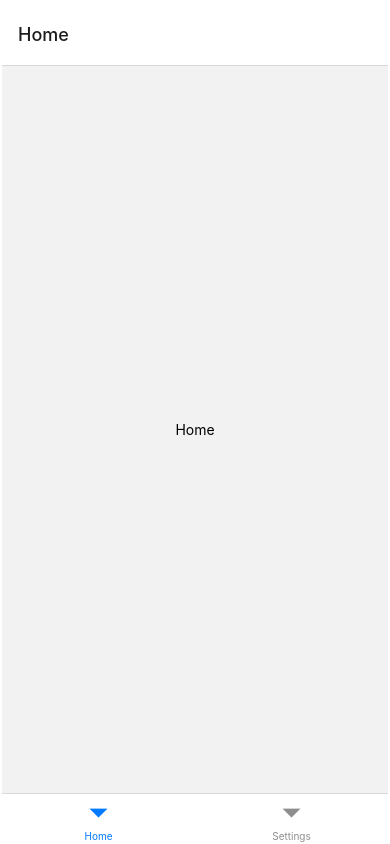
Repository: anxbt/FireWallsClone
Screen: /
The author's editor kept a copy of each file at every save. The screen is drawn from the files as they stood at one save, then again after the next save.
The app was drawn by React Native's web renderer in a window 390 px wide. The project was rebuilt for these pictures with package versions that can differ from the ones it lists, and the page was loaded fresh each time. Also part of the build but not shown: Components/SettingsScreen.js.

Above is the screen before, as saved 2023-11-17 09:25:51.

After the next save:
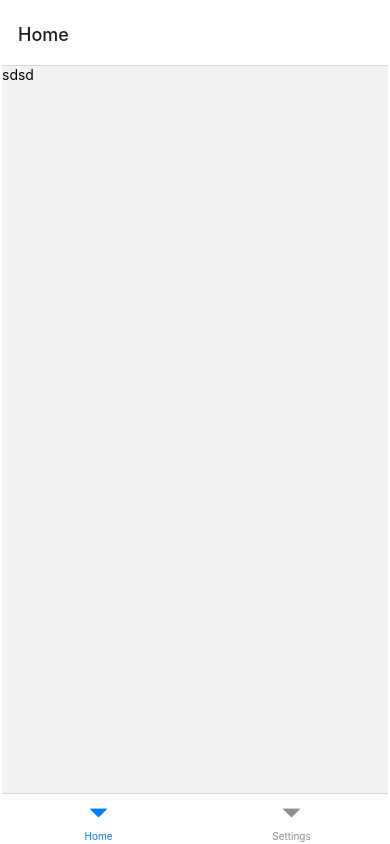
Saved 7 min 49 s later.
--- a/Components/HomeScreen.js
+++ b/Components/HomeScreen.js
@@ -1,12 +1,12 @@
+import React from 'react'
+import { View, Text } from 'react-native'
 
-import { View, Text } from 'react-native'
-export default function HomeScreen({images}) {
-
-    return (
-        <View style={{ flex: 1, justifyContent: 'center', alignItems: 'center' }}>
-            <Text>Home</Text>
-        </View>
-    )
+export default function HomeScreen() {
+  return (
+    <View>
+      <Text>sdsd</Text>
+    </View>
+  )
 }
 
 

After the save that followed:
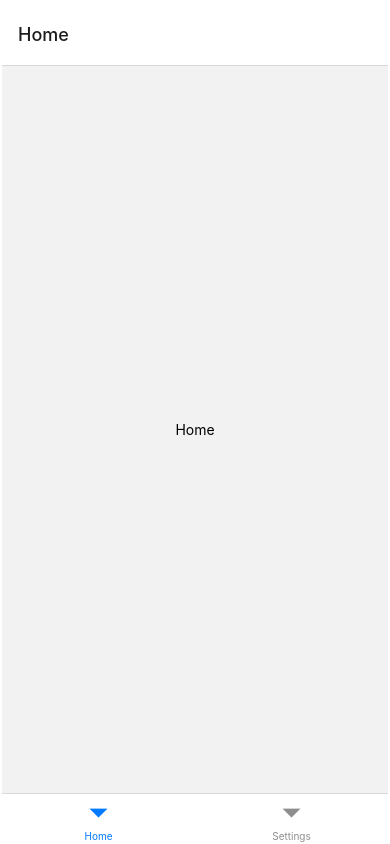
Saved 11 s later.
--- a/Components/HomeScreen.js
+++ b/Components/HomeScreen.js
@@ -1,12 +1,12 @@
-import React from 'react'
+
 import { View, Text } from 'react-native'
+export default function HomeScreen({images}) {
 
-export default function HomeScreen() {
-  return (
-    <View>
-      <Text>sdsd</Text>
-    </View>
-  )
+    return (
+        <View style={{ flex: 1, justifyContent: 'center', alignItems: 'center' }}>
+            <Text>Home</Text>
+        </View>
+    )
 }
 
 
